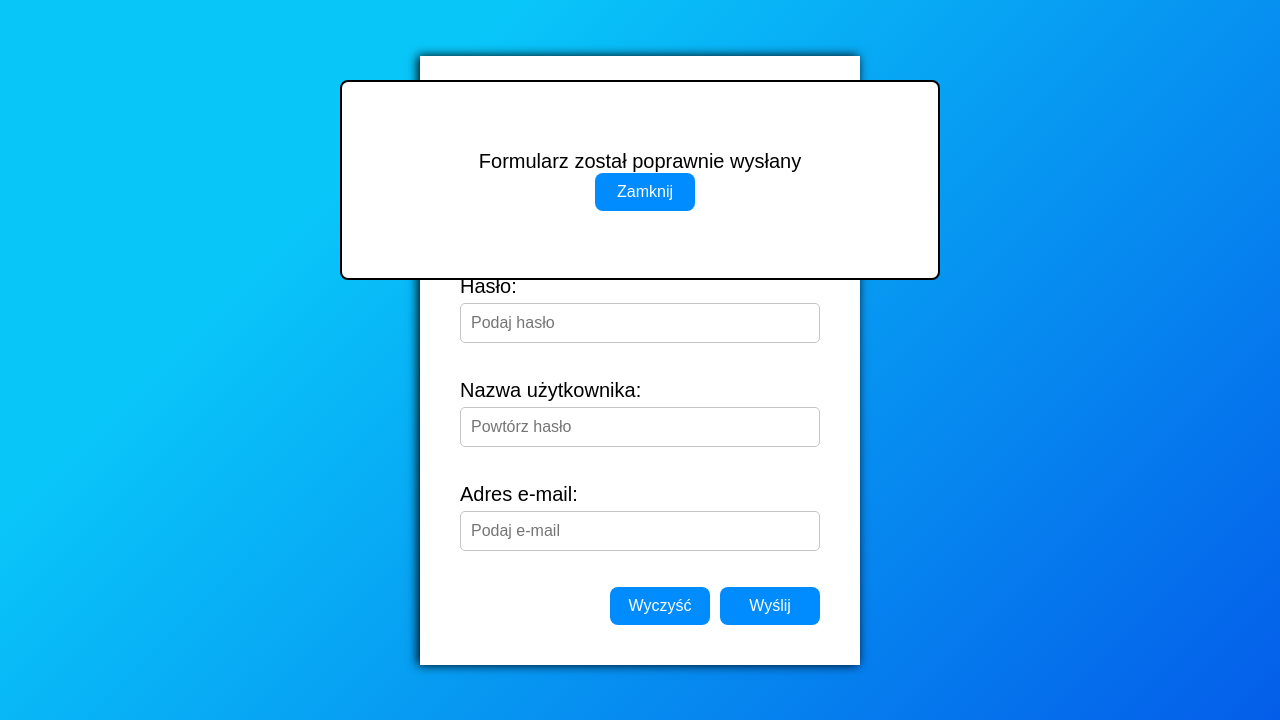
Repository: KrzysKolo/Projekt-3_Formularz-rejestracyjny
Page: index.html
The author's editor kept a copy of each file at every save. The page is drawn from the files as they stood at one save, then again after the next save.
The browser window is 1280 px wide. The pictures show the whole page.
Some web fonts or font styles are not loaded; a fallback is used.

Above is the page before, as saved 2020-07-04 03:47:11.

### index.html
<!DOCTYPE html>
<html lang="en">
  <head>
    <meta charset="UTF-8" />
    <meta name="viewport" content="width=device-width, initial-scale=1.0" />
    <title>Projekt 3 - Logowanie</title>
    <link
      href="https://fonts.googleapis.com/css2?family=Aldrich&family=Overpass+Mono:wght@300&display=swap"
      rel="stylesheet"
    />
    <link rel="stylesheet" href="./css/style.css" />
  </head>
  <body>
    <main class="wrapper">
      <form class="form">
        <h1>Zarejestruj się!</h1>
        <div class="form-box">
          <label for="username">Nazwa użytkownika: </label>
          <input
            type="text"
            id="username"
            placeholder="Podaj nazwę użytkownika"
          />
          <p class="error-text">error</p>
        </div>

        <div class="form-box">
          <label for="password">Hasło: </label>
          <input type="password" id="password" placeholder="Podaj hasło" />
          <p class="error-text">error</p>
        </div>

        <div class="form-box">
          <label for="password2">Nazwa użytkownika: </label>
          <input type="password" id="password2" placeholder="Powtórz hasło" />
          <p class="error-text">error</p>
        </div>

        <div class="form-box">
          <label for="email">Adres e-mail: </label>
          <input type="email" id="email" placeholder="Podaj e-mail" />
          <p class="error-text">error</p>
        </div>

        <div class="control-button">
          <button class="clear">Wyczyść</button>
          <button class="send">Wyślij</button>
        </div>

        <div class="popup">
          <p>Formularz został poprawnie wysłany</p>
          <button class="close">Zamknij</button>
        </div>
      </form>
    </main>
  </body>
</html>

### css/style.css
* {
  box-sizing: border-box;
  margin: 0;
  padding: 0;
}
body {
  display: flex;
  justify-content: center;
  align-items: center;
  min-height: 100vh;
  font-family: "Aldrich", sans-serif;
  background-image: linear-gradient(315deg, #045de9 0%, #09c6f9 74%);
}
.wrapper {
  width: 440px;
  background-color: #fff;
  box-shadow: -2px 0 10px #000;
}
.form {
  padding: 40px;
  font-size: 20px;
}
h1 {
  margin-bottom: 30px;
  text-align: center;
}
.form-box {
  margin-bottom: 15px;
}
.form-box label {
  display: inline-block;
  margin-bottom: 5px;
}
.form-box input {
  width: 100%;
  padding: 10px;
  font-size: 16px;
  border: 1px solid rgb(197, 197, 197);
  border-radius: 5px;
}
.form-box.error input {
  border: 1px solid rgb(0, 117, 250);
  background-color: 1px solid rgba(0, 117, 250, 0.1);
}
.form-box .error-text {
  margin: 5px 0 0 10px;
  font-size: 14px;
  color: 1px solid rgb(0, 117, 250);
  font-family: "Overpass Mono", monospace;
  visibility: hidden;
}
.form-box.error .error-text {
  visibility: visible;
}
.control-button {
  display: flex;
  flex-direction: row;
  justify-content: flex-end;
}
.send,
.clear,
.close {
  display: inline-block;
  padding: 10px 0;
  margin-left: 10px;
  width: 100px;
  font-size: 16px;
  background-color: rgb(0, 140, 255);
  color: #fff;
  border: none;
  border-radius: 8px;
  cursor: pointer;
  transition: background-color 0.3s;
}
.send:hover,
.clear:hover,
.close:hover {
  background-color: rgb(0, 107, 194);
}
.popup {
  display: flex;
  justify-content: center;
  align-items: center;
  flex-direction: column;
  position: absolute;
  top: 180px;
  left: 50%;
  transform: translate(-50%, -50%);
  width: 600px;
  height: 200px;
  background-color: #fff;
  border-radius: 8px;
  border: 2px solid black;
}

After the next save:
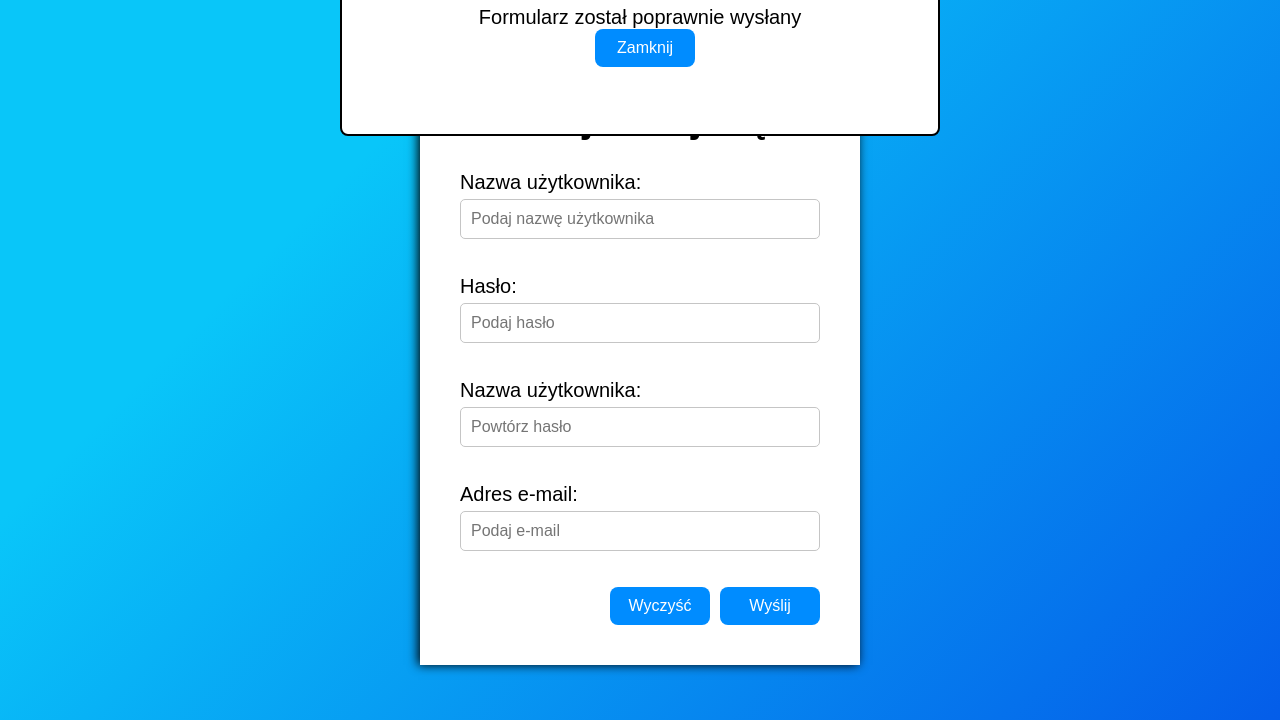
Saved 8 s later.
--- a/css/style.css
+++ b/css/style.css
@@ -83,7 +83,7 @@ h1 {
   align-items: center;
   flex-direction: column;
   position: absolute;
-  top: 180px;
+  top: 5%;
   left: 50%;
   transform: translate(-50%, -50%);
   width: 600px;
